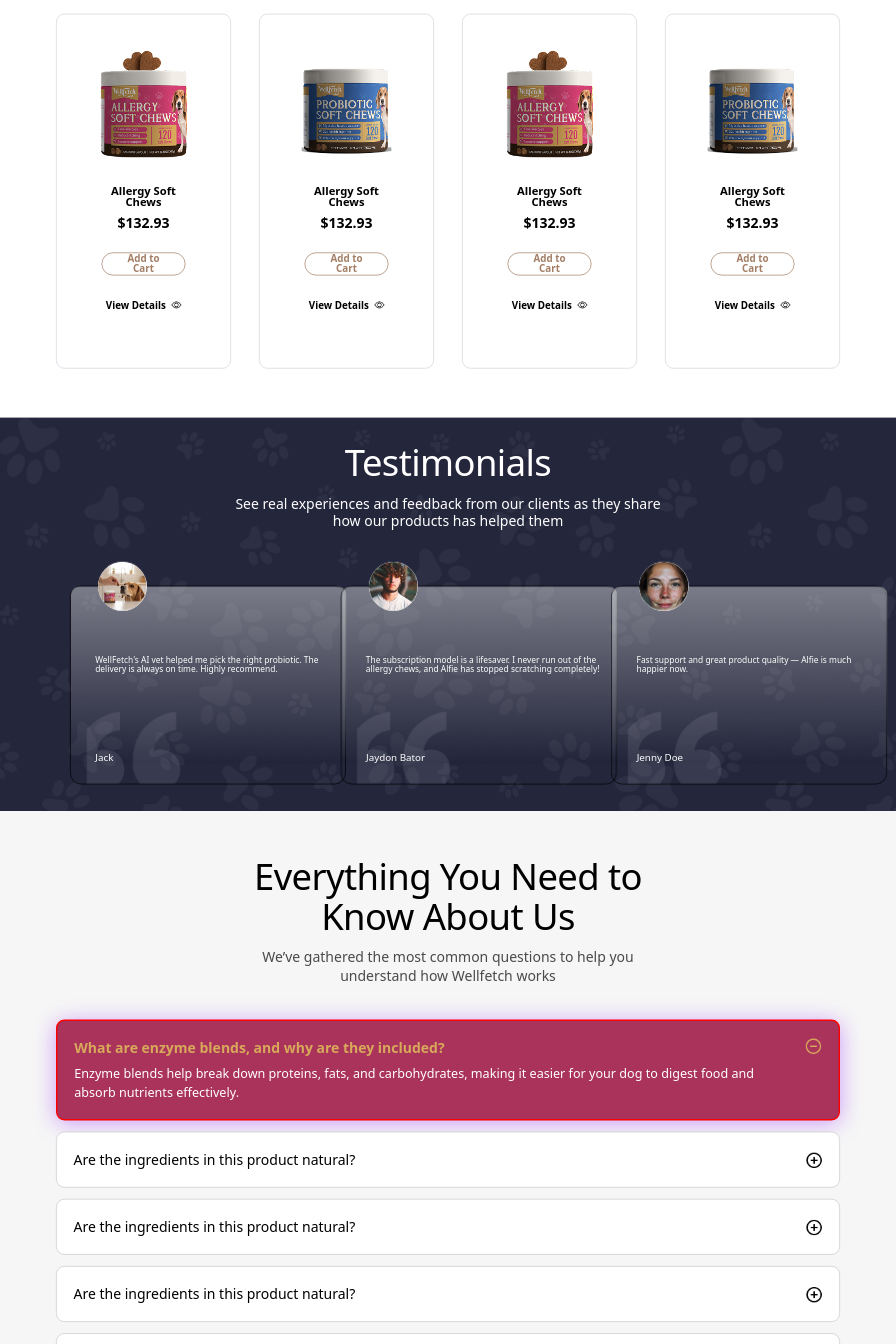
Repository: Imadu87/wellFetch
Page: /
An editor plug-in stored every save of this project. The page is shown before and after the next save, followed by the edit.
The browser window is 1280 px wide. The pictures show the part of the page from y = 2082 to 4002 px (the page is 5731 px tall), at 70% of full size.
The project was rebuilt for these pictures with package versions that can differ from the ones it lists, and the page was loaded fresh each time. Also part of the build but not shown: vite.config.js, src/utils/card.jsx, src/utils/arow.jsx, src/utils/new.jsx, src/components/test.jsx.

Above is the page before, as saved 2025-12-27 14:34:37.

After the next save:
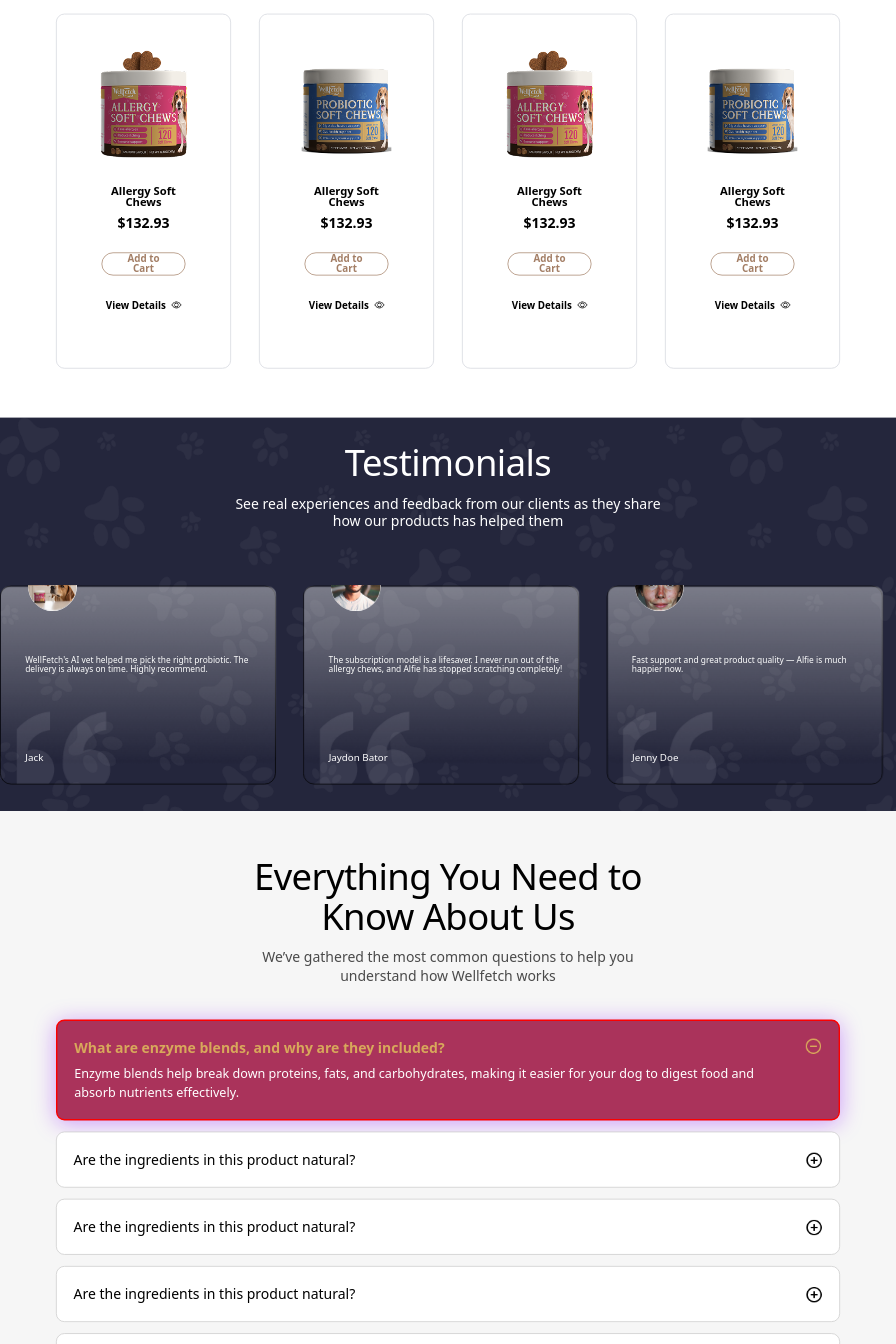
Saved 3 min 13 s later.
--- a/src/components/testimonals.jsx
+++ b/src/components/testimonals.jsx
@@ -1,4 +1,9 @@
 import React from "react";
+import { Swiper, SwiperSlide } from "swiper/react";
+import { Navigation, Pagination } from "swiper";
+import "swiper/css";
+import "swiper/css/navigation";
+import "swiper/css/pagination";
 
 export default function Testimonials() {
   const cards = [
@@ -45,12 +50,24 @@
 
             {/* comments - rendered from array */}
             <div className="w-full flex justify-center mt-10 md:mt-20 z-20 relative">
-              {/* Parent grid */}
-              <div className="w-[1280px] h-[284.14px] grid grid-cols-1 md:grid-cols-3 gap-20 relative">
-                {cards.map((card, idx) => (
-                  <div
-                    key={idx}
-                    className="w-[394px] h-[284.14px] rounded-[16px] relative bg-transparent"
+              {/* Parent grid / Swiper */}
+              <div className="w-full flex justify-center">
+                <div className="w-[1280px]">
+                  <Swiper
+                    modules={[Navigation, Pagination]}
+                    navigation
+                    pagination={{ clickable: true }}
+                    spaceBetween={20}
+                    slidesPerView={1}
+                    breakpoints={{
+                      768: { slidesPerView: 3, spaceBetween: 20 },
+                    }}
+                    className="relative"
+                  >
+                    {cards.map((card, idx) => (
+                      <SwiperSlide key={idx} className="flex justify-center">
+                        <div
+                          className="w-[394px] h-[284.14px] rounded-[16px] relative bg-transparent"
                     style={{
                       borderWidth: "1.39px",
                       borderStyle: "solid",
@@ -150,8 +167,11 @@
                         }}
                       />
                     </div>
-                  </div>
-                ))}
+                        </div>
+                      </SwiperSlide>
+                    ))}
+                  </Swiper>
+                </div>
               </div>
             </div>
           </div>
